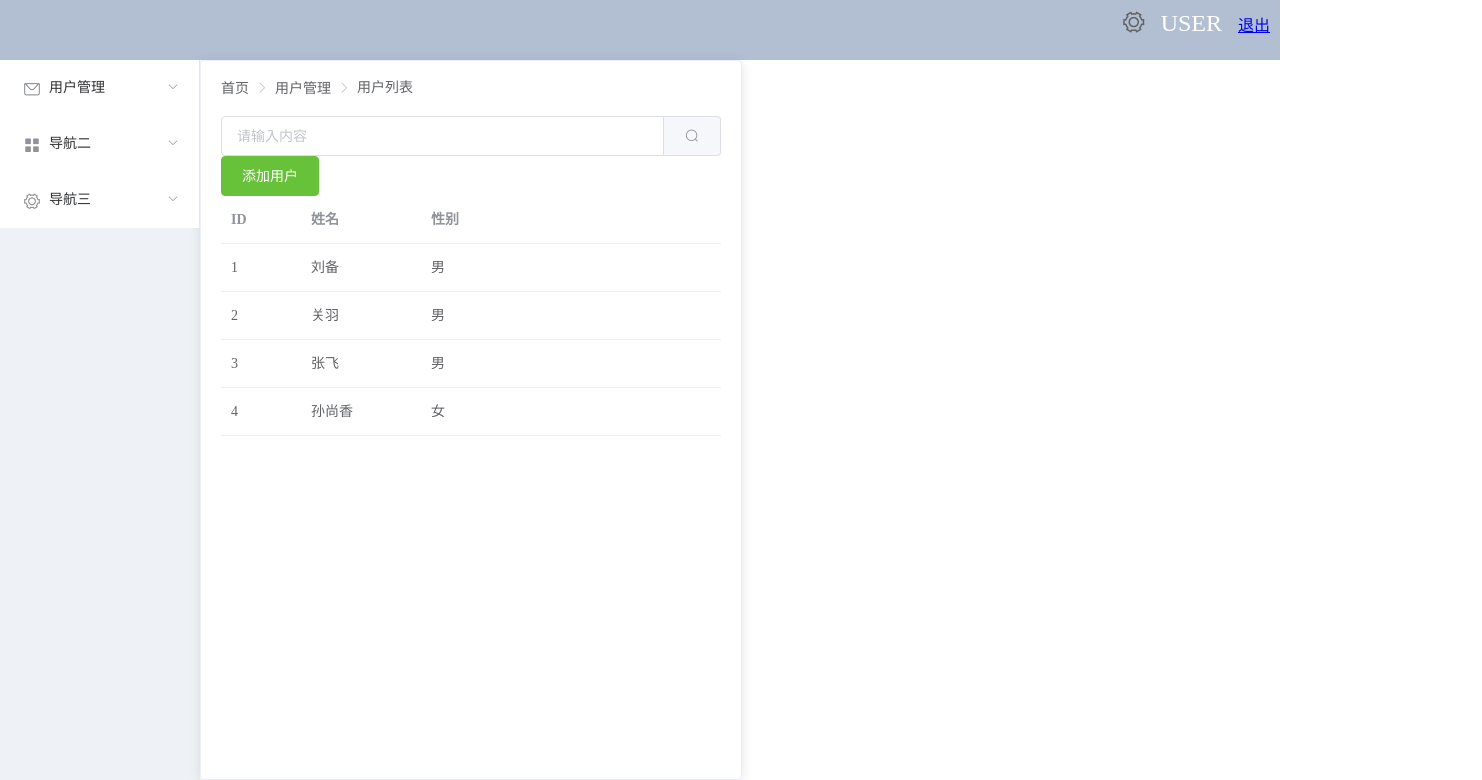
Repository: euphor1azzy/testlist
Page: /#/users (app in list/)
The author's editor kept a copy of each file at every save. The page is drawn from the files as they stood at one save, then again after the next save.
The browser window is 1280 px wide. The page is 1280 px wide, then 1482 px, so the pictures cover 1482 px, including what lies to the right of the window. The pictures show the whole page.
The project was rebuilt for these pictures with package versions that can differ from the ones it lists, and the page was loaded fresh each time. Requests to the local data server were answered from the project's data file. Also part of the build but not shown: list/src/utils/validate.js, list/src/views/login/login.vue.

Above is the page before, as saved 2020-08-27 14:44:25.

After the next save:
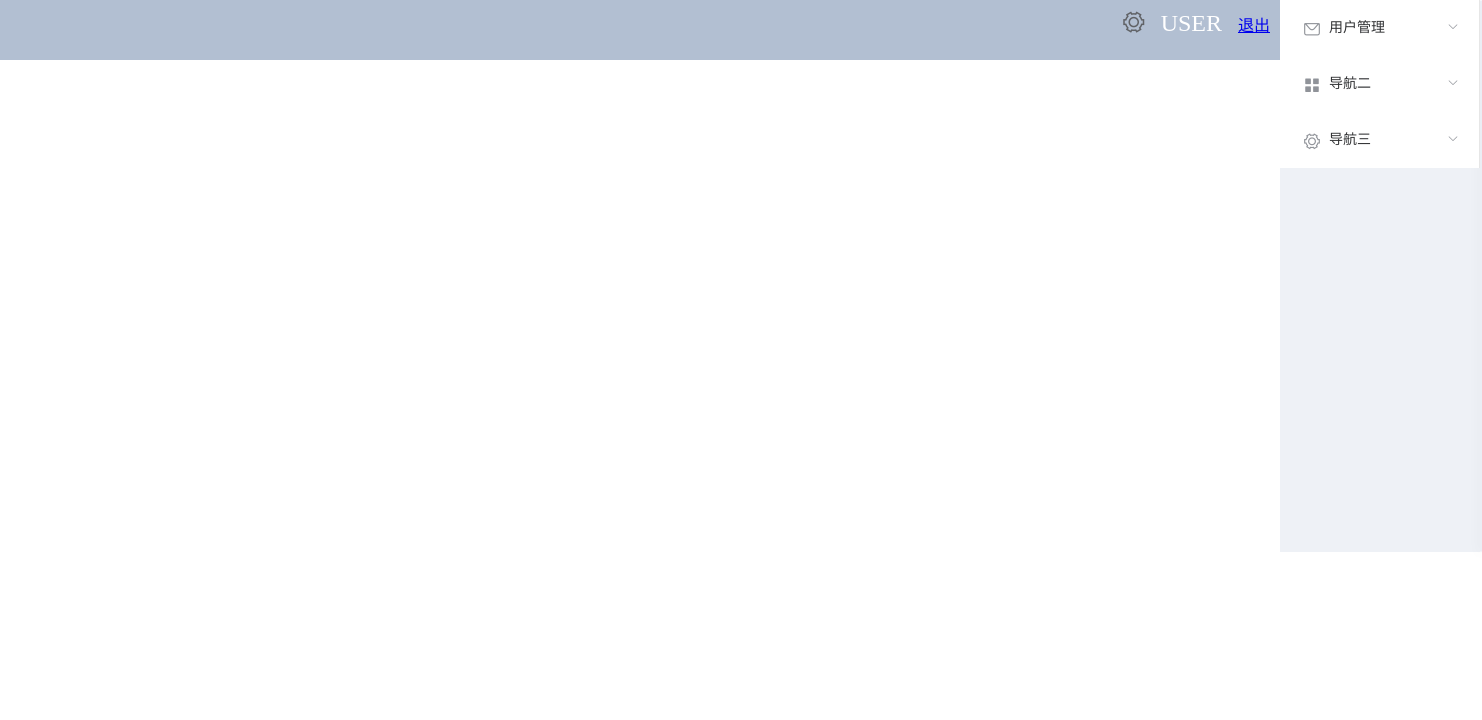
Saved 3 min 12 s later.
--- a/list/src/views/home.vue
+++ b/list/src/views/home.vue
@@ -1,6 +1,8 @@
 <template>
+ <el-container class="container">
 
-  <div class="con">
+
+  <!-- <div class="con"> -->
     <!-- 头部 -->
     <v-appnav></v-appnav>
      <!-- 侧边栏 -->
@@ -12,8 +14,8 @@
    <!-- <el-main class="main"> -->
      <router-view></router-view>
    <!-- </el-main> -->
-
-  </div>
+  </el-container>
+  <!-- </div> -->
 </template>
 
 <script>
@@ -35,11 +37,11 @@ export default {
 </script>
 
 <style>
-.con {
+/* .con {
   height: 100%;
   display: flex;
   flex: auto;
   flex-flow: row wrap;
   justify-content: flex-start;
-}
+} */
 </style>
